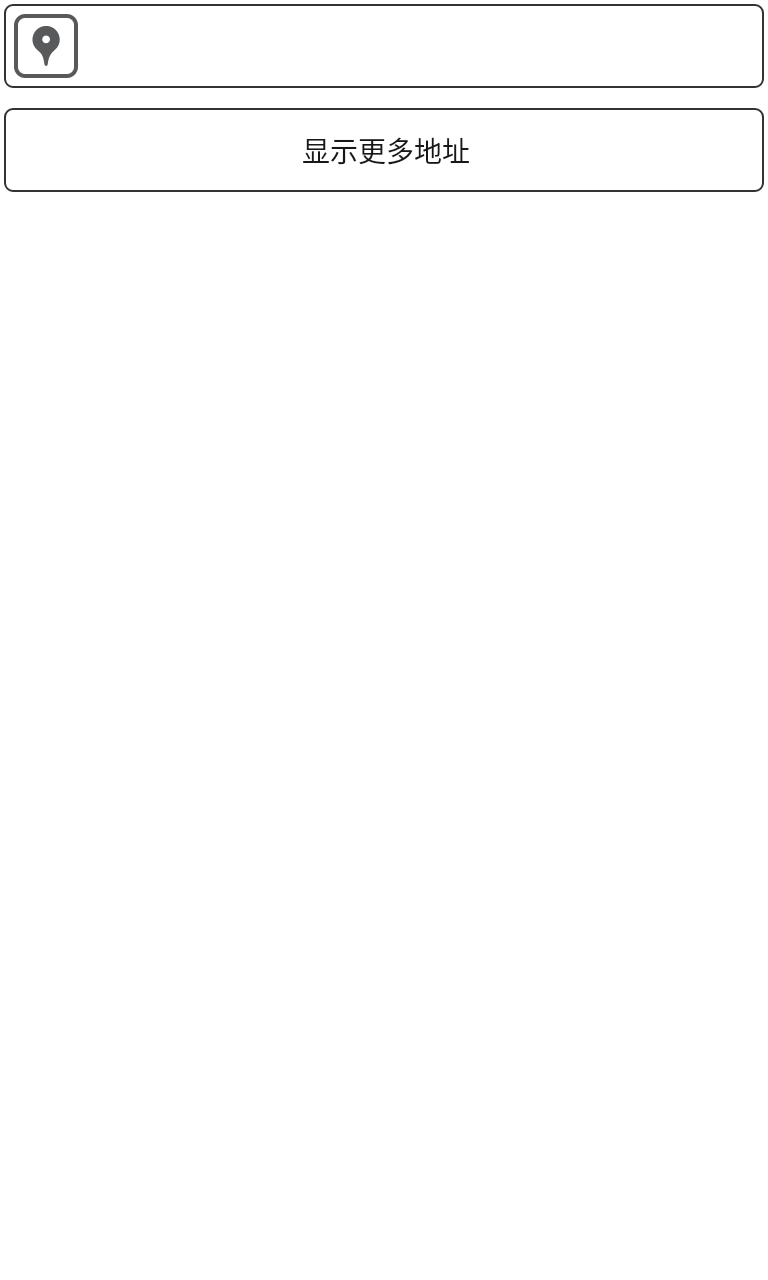
Repository: jornel/Jianjian
Layout: android/res/layout/venue_picker_page.xml
These files come from the project's save history. The layout is drawn as it stood at one moment and after the next save; the edit follows.
It is drawn on a 768 x 1280 px phone screen (xhdpi) without system bars, with theme JianjianTheme; the app's code is not run. Lists and similar views that code fills are empty.

Above is the layout before, as saved 2011-06-05 13:31:36.

### android/res/layout/venue_picker_page.xml
<?xml version="1.0" encoding="utf-8"?>

<!-- Copyright 2010 Mark Wyszomierski -->

<LinearLayout
  xmlns:android="http://schemas.android.com/apk/res/android"
  android:orientation="vertical"
  android:layout_width="fill_parent"
  android:layout_height="fill_parent"
  android:padding="2dip"
  android:background="@color/white"
  >

  <LinearLayout
    android:id="@+id/venuePickerRootVenueButton"
    android:layout_width="fill_parent"
    android:layout_height="wrap_content"
    android:orientation="horizontal"
    android:gravity="center_vertical"
    android:paddingTop="5dip"
    android:paddingBottom="5dip"
    android:focusable="true"
    android:background="@drawable/border_round_rect_selector"
    >

    <ImageView
      android:id="@+id/venuePickerIcon"
      android:layout_width="32dip"
      android:layout_height="32dip"
      android:src="@drawable/venue_none"
      android:scaleType="fitCenter"
      android:gravity="center_horizontal"
      android:layout_marginLeft="5dip" />

    <TextView
      android:id="@+id/venuePickerName"
      android:layout_width="fill_parent"
      android:layout_height="wrap_content"
      android:textColor="@color/black_end"
      android:textAppearance="@android:style/TextAppearance.Small"
      android:singleLine="true"
      android:ellipsize="marquee"
      android:layout_gravity="center_vertical"
      android:paddingLeft="9dip" />

  </LinearLayout>

  <LinearLayout
    android:id="@+id/venuePickerRootVenueButton"
    android:layout_width="fill_parent"
    android:layout_height="wrap_content"
	android:minHeight="10dip"
    />

  <ListView
    android:id="@+id/venuePickerListView"
    android:layout_width="fill_parent"
    android:layout_height="wrap_content"
    android:dividerHeight="1dip"
    android:divider="#444"
    android:drawSelectorOnTop="false"
    android:scrollbars="vertical"
    android:cacheColorHint="#FFF" />

  <LinearLayout
    android:id="@+id/venueloadingMoreVenueButton"
    android:layout_width="fill_parent"
    android:layout_height="wrap_content"
    android:orientation="horizontal"
    android:gravity="center_vertical"
    android:paddingTop="5dip"
    android:paddingBottom="5dip"
    android:focusable="true"
    android:background="@drawable/border_round_rect_selector"
    >

    <TextView
      android:id="@+id/venuePickerName"
      android:layout_width="fill_parent"
      android:layout_height="32dip"
      android:text="@string/more_venues"
      android:textColor="@color/black_end"
      android:textAppearance="@android:style/TextAppearance.Small"
      android:singleLine="true"
      android:ellipsize="marquee"
      android:paddingLeft="9dip" android:layout_gravity="center_vertical" android:gravity="center"/>

  </LinearLayout>


</LinearLayout>

### android/res/values/sytles.xml
<?xml version="1.0" encoding="utf-8"?>
<resources>
   <style parent="@android:style/Theme.Light" name="JianjianTheme">
   </style>

   <style name="TextViewStyleTabMainNav">
    <item name="android:textSize">12dip</item>
    <item name="android:textColor">@drawable/tab_main_nav_text_selector</item>
   </style>
   <style name="TextViewStyleUserDetailsActivityTitle">
    <item name="android:textSize">20dip</item>
    <item name="android:textColor">@color/white</item>
    <item name="android:textStyle">bold</item>
   </style>
     <style name="TextViewStyleUserDetailsActivityLastSeen">
    <item name="android:textSize">14dip</item>
    <item name="android:textColor">@color/white</item>
  </style>

  <style name="TextViewStyleUserDetailsActivityGeneralTitle">
    <item name="android:textSize">11dip</item>
    <item name="android:textColor">@color/white</item>
    <item name="android:textStyle">bold</item>
  </style>

  <style name="TextViewStyleUserDetailsActivityGeneralValue">
    <item name="android:textSize">18dip</item>
    <item name="android:textColor">@color/white</item>
    <item name="android:textStyle">bold</item>
  </style>

  <style name="TextViewStyleVenueActivityBold">
    <item name="android:textSize">14dip</item>
    <item name="android:textStyle">bold</item>
  </style>

  <!-- Used in user details for adding or confirming a friend. -->
  <style name="friendButton">
    <item name="android:background">@drawable/friend_button_selector</item>
    <item name="android:textAppearance">@android:style/TextAppearance.Small</item>
    <item name="android:textColor">@android:color/white</item>
    <item name="android:padding">5dip</item>
    <item name="android:textStyle">bold</item>
  </style>

    <!-- Header divider used with separated list adapter. -->
  <style name="listSeparatorTextViewStyle">
    <item name="android:layout_width">fill_parent</item>
    <item name="android:layout_height">wrap_content</item>
    <item name="android:paddingTop">3dip</item>
    <item name="android:paddingBottom">4dip</item>
    <item name="android:paddingLeft">9dip</item>
    <item name="android:background">@drawable/listview_header_background</item>
    <item name="android:textAppearance">@style/TextViewStyleHeaderDivider</item>
  </style>

  <style name="TextViewStyleHeaderDivider">
    <item name="android:textSize">14dip</item>
    <item name="android:textColor">#333</item>
    <item name="android:textStyle">bold</item>
  </style>
</resources>

### android/res/values/colors.xml
<?xml version="1.0" encoding="utf-8"?>
  <!-- Copyright (C) 2007 The Android Open Source Project -->

<resources>
    <color
        name="white">#fff</color>
    <color
        name="dark_white">#efefef</color>
    <color
        name="purple_start">#9b256b</color>
    <color
        name="purple_end">#5d2761</color>
    <color
        name="red_bright">#df2212</color>

    <!-- 427BBA, 0f93b8 -->
    <color
        name="blue_start">#0f93b8</color>
    <color
        name="blue_end">#0f93b8</color>
    <color
        name="lgrey_start">#BFC0C0</color>
    <color
        name="lgrey_end">#AEB2B7</color>
    <color
        name="dgrey_start">#4E4F50</color>
    <color
        name="dgrey_end">#2C3137</color>
    <color
        name="item_grey_start">#B4B8BA</color>
    <color
        name="item_grey_end">#62707C</color>
     <color
        name="black_start">#333333</color>
    <color
        name="black_end">#181818</color>
     <color
        name="grey_start">#CBCBCB</color>
    <color
        name="grey_end">#8C9DAE</color>
    <color
        name="blue_badges_mayor">#095b72</color>
    <color
        name="vlgrey">#EEEEEE</color>
    <color
        name="color_score_list_adapter_highlight">#EEEEEE</color>
    <color
        name="color_score_mayor_section_background">#DDDDDD</color>
    <color
        name="color_bright_green">#a6da00</color>
    <color
        name="transparent_color_bright_green">#50a6da00</color>
    <color
        name="tip_detail_actions_background">#c7c7c7</color>
    <color
        name="user_details_activity_general">#FF555555</color>
    <color
        name="transparent">#00000000</color>

</resources>

### android/res/drawable/border_round_rect_selector.xml
<?xml version="1.0" encoding="utf-8"?>

  <!-- Copyright (c) Mark Wyszomierski, 2010. -->

<selector
 xmlns:android="http://schemas.android.com/apk/res/android"
 android:id="@+id/myselector" >

  <!-- Non focused states -->
  <item
    android:state_focused="false"
    android:state_selected="false"
    android:state_pressed="false"
    android:state_enabled="true"
    android:drawable="@drawable/border_round_rect" />

  <item
    android:state_focused="false"
    android:state_selected="true"
    android:state_pressed="false"
    android:state_enabled="true"
    android:drawable="@drawable/border_round_rect" />

  <!-- Focused states -->
  <item
    android:state_focused="true"
    android:state_selected="false"
    android:state_pressed="false"
    android:state_enabled="true"
    android:drawable="@drawable/border_round_rect_on" />

  <item
    android:state_focused="true"
    android:state_selected="true"
    android:state_pressed="false"
    android:state_enabled="true"
    android:drawable="@drawable/border_round_rect_on" />

  <!-- Pressed -->
  <item
    android:state_pressed="true"
    android:drawable="@drawable/border_round_rect_on" />

  <!-- Disabled -->
  <item
    android:state_enabled="false"
    android:drawable="@drawable/border_round_rect_disabled" />

</selector>

### android/res/values/strings.xml
<?xml version="1.0" encoding="utf-8"?>
<resources>
    <string name="hello">Hello World, MainActivity!</string>
    <string name="app_name">Jianjian</string>
    <string name="main_name">随时随地推荐好东西给好友</string>
    <string name="friends_activity_label">jianjian friends</string>
    <string name="recommendit_activity_label">jianjian recommend</string>
    <string name="me_activity_label">jianjian me</string>
    <string name="tab_main_nav_friends">朋友</string>
    <string name="tab_main_nav_products">推荐它</string>
    <string name="tab_main_nav_me">我</string>
    <string name="user_details_activity_general_badges">徽章</string>
    <string name="user_details_activity_general_tips">收藏</string>
    <string name="user_details_activity_general_points">积分</string>
    <string name="user_details_activity_add_friends">添加好友</string>
    <string name="user_details_activity_friend_confirm">确认加为好友</string>
    <string name="user_details_activity_friend_add">加为好友</string>
    <string name="user_details_activity_friends_in_common_text">%d个好友</string>
    <string name="login_get_started">Get Started</string>
    <string name="login_get_started_more">Got a jianjian account? We just need your email or phone# and password</string>
    <string name="login_failed_login_toast">Unable to log in. Please check your phone number and password.</string>
    <string name="login_label">Log-in</string>
    <string name="login_welcome_toast">Welcome to Jianjian!</string>
    <string name="login_dialog_message">Please wait while logging into Jianjian...</string>
    <string name="login_dialog_title">Logging in...</string>
    <string name="phone_number">Phone Number</string>
    <string name="phone_number_or_email">Username or Email</string>
    <string name="password">Password</string>
    <string name="need_an_account">Need an account?</string>

    <string name="product_info_separator_text">商品信息</string>
    <string name="hint_product_name">商品名称</string>
    <string name="hint_product_price">0.00</string>
    <string name="hint_product_currency">元</string>
    <string name="recommend_info_separator_text">推荐描述</string>
    <string name="hint_recommend_description">为你的推荐说两句...</string>
    <!-- Menu -->
    <string name="refresh">Refresh</string>
    <string name="preferences_logout_title">Logout</string>
    <string name="preferences_exit_title">Exit</string>
    <string name="loading_venue_product">加载商品地址...</string>
    <string name="pickup_venue_product">选择商品地址</string>
    <string name="recommenditbtn">推荐给好友</string>
    <string name="recommendit_progress_bar_title_recommendit">加载商品</string>


    <string name="submitting_the_recommendation">正在提交推荐...</string>
    <string name="add_recommend_it_fail">提交推荐时发生了错误，请重新试一下</string>

    <string name="venue_picker_dialog_title">选择一个地址</string>
    <string name="more_venues">显示更多地址</string>


    <!-- test user string -->
    <string name="testuserid1">鲶鱼哥哥</string>
    <string name="male">male</string>
</resources>

### android/res/drawable/border_round_rect.xml
<?xml version="1.0" encoding="utf-8"?>

  <!-- Copyright (c) Mark Wyszomierski, 2010. -->

<shape xmlns:android="http://schemas.android.com/apk/res/android">
  <stroke android:width="1dip" android:color="#333" />
  <padding android:left="0dip" android:top="7dip" android:right="7dip" android:bottom="7dip" />
  <corners android:radius="4dip" />
  <solid android:color="#FFF" />
</shape>

### android/res/drawable/border_round_rect_on.xml
<?xml version="1.0" encoding="utf-8"?>

  <!-- Copyright (c) Mark Wyszomierski, 2010. -->

<shape xmlns:android="http://schemas.android.com/apk/res/android">
  <stroke android:width="1dip" android:color="#333" />
  <padding android:left="0dip" android:top="7dip" android:right="7dip" android:bottom="7dip" />
  <corners android:radius="4dip" />
  <solid android:color="#FF9A31" />
</shape>

### android/res/drawable/border_round_rect_disabled.xml
<?xml version="1.0" encoding="utf-8"?>

  <!-- Copyright (c) Mark Wyszomierski, 2010. -->

<shape xmlns:android="http://schemas.android.com/apk/res/android">
  <stroke android:width="1dip" android:color="#333" />
  <padding android:left="0dip" android:top="7dip" android:right="7dip" android:bottom="7dip" />
  <corners android:radius="4dip" />
  <solid android:color="#D6D3D6" />
</shape>

After the next save:
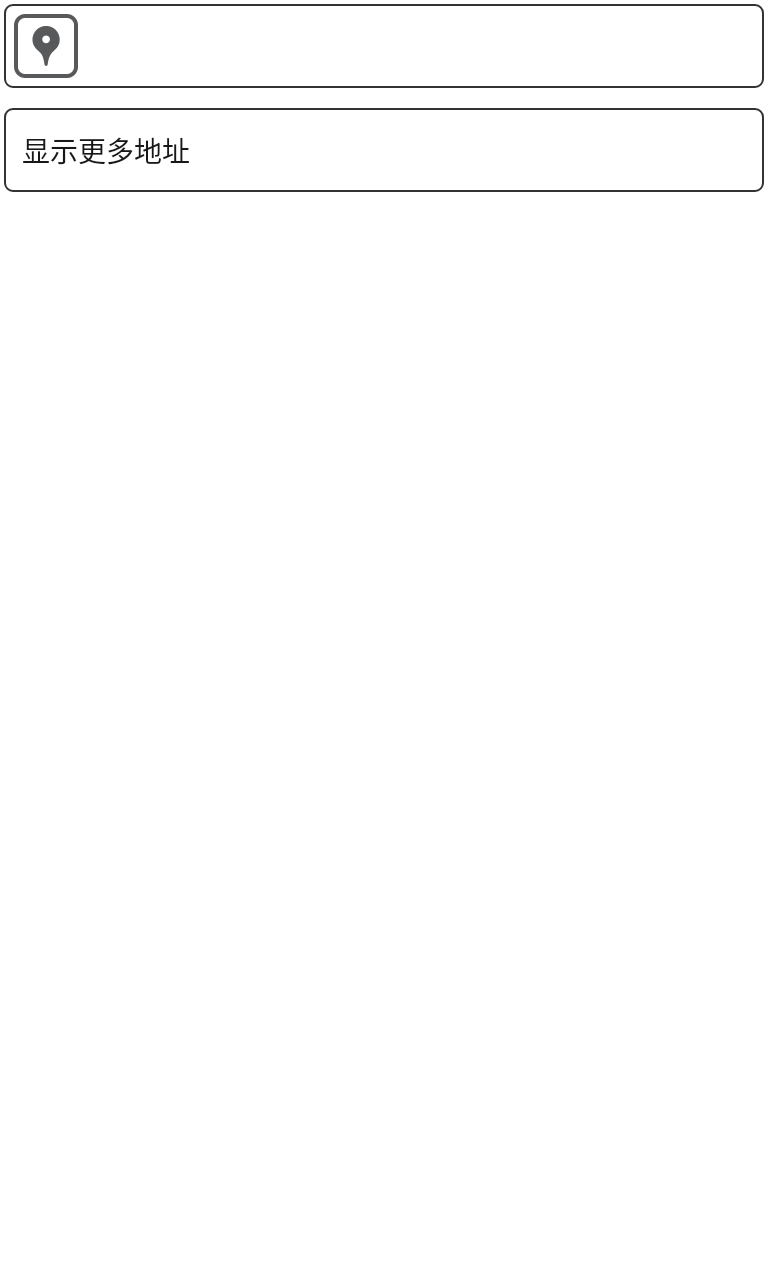
Saved 114 s later.
--- a/android/res/layout/venue_picker_page.xml
+++ b/android/res/layout/venue_picker_page.xml
@@ -76,14 +76,16 @@
 
     <TextView
       android:id="@+id/venuePickerName"
-      android:layout_width="fill_parent"
+      android:layout_width="wrap_content"
       android:layout_height="32dip"
       android:text="@string/more_venues"
       android:textColor="@color/black_end"
       android:textAppearance="@android:style/TextAppearance.Small"
       android:singleLine="true"
       android:ellipsize="marquee"
-      android:paddingLeft="9dip" android:layout_gravity="center_vertical" android:gravity="center"/>
+      android:paddingLeft="9dip"
+      android:layout_gravity="center_horizontal"
+      android:gravity="center"/>
 
   </LinearLayout>
 

After the save that followed:
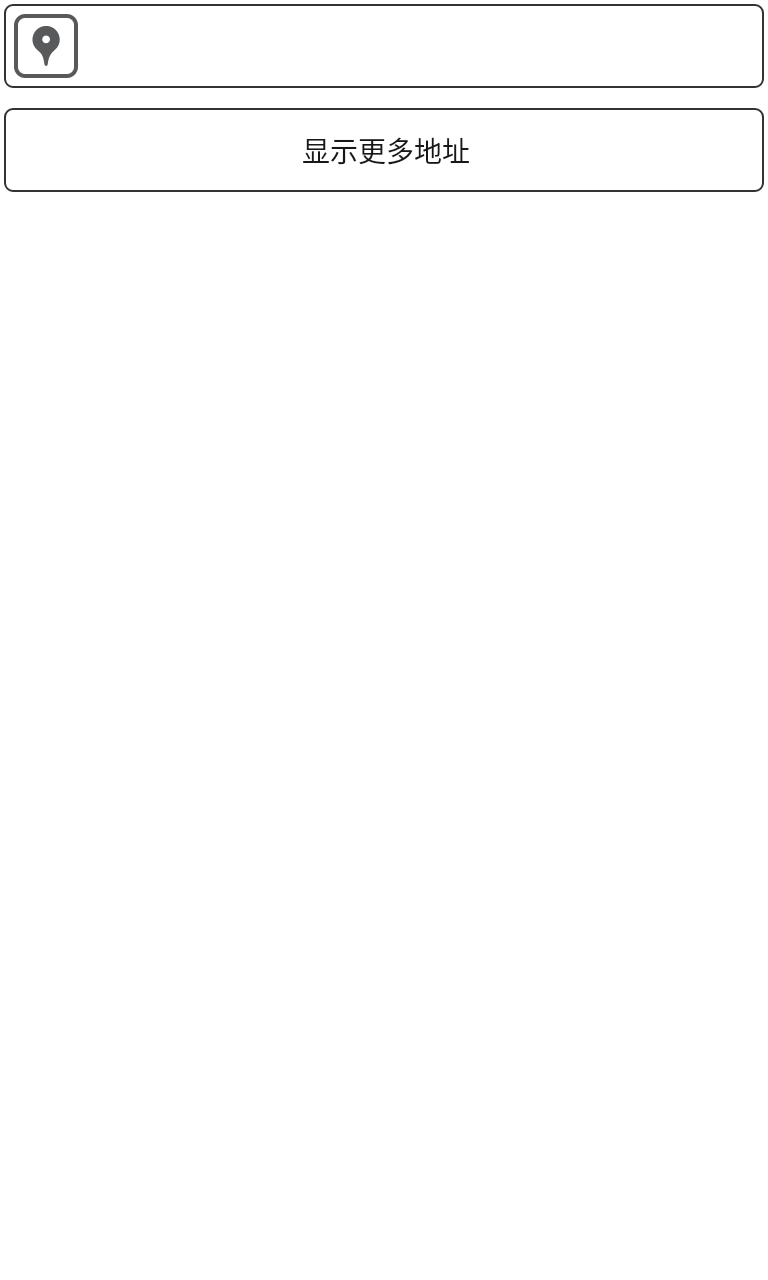
Saved 16 s later.
--- a/android/res/layout/venue_picker_page.xml
+++ b/android/res/layout/venue_picker_page.xml
@@ -85,7 +85,8 @@
       android:ellipsize="marquee"
       android:paddingLeft="9dip"
       android:layout_gravity="center_horizontal"
-      android:gravity="center"/>
+      android:gravity="center"
+      android:layout_weight="1"/>
 
   </LinearLayout>
 
